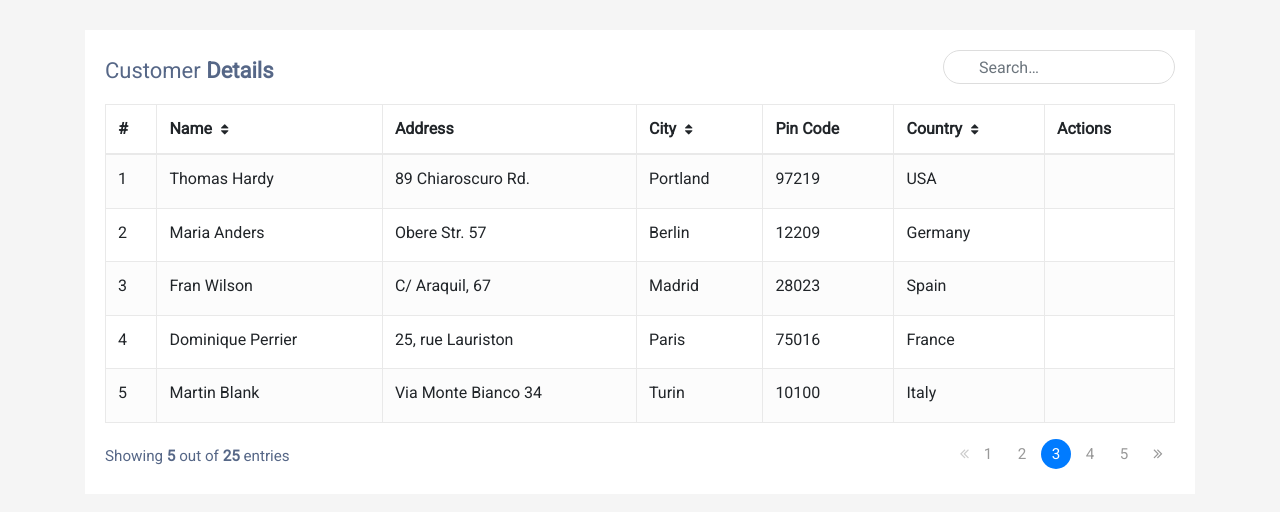
Repository: vontacto/AdsIIT3
Page: http://localhost/Vistas/ListadoMedicos
These files come from the project's save history. The page is drawn as it stood at one moment and after the next save; the edit follows.
The browser window is 1280 px wide. The pictures show the whole page.
The page is this project's Thymeleaf template; nobody is signed in. The template is opened directly, without the code that normally fills it, so the values that code supplies are empty.

Above is the page before, as saved 2025-02-20 02:19:47.

### LPII_T3_RiosBenitesMario/src/main/resources/templates/Vistas/ListadoMedicos.html
<!DOCTYPE html>
<html xmlns:th="thymeleaf.org">
<head>
<meta charset="utf-8">
<meta name="viewport" content="width=device-width, initial-scale=1, shrink-to-fit=no">
<title>Listado de Medicos</title>
<link rel="stylesheet" href="https://fonts.googleapis.com/css?family=Roboto">
<link rel="stylesheet" href="https://stackpath.bootstrapcdn.com/bootstrap/4.5.0/css/bootstrap.min.css">
<link rel="stylesheet" href="https://fonts.googleapis.com/icon?family=Material+Icons">
<link rel="stylesheet" href="https://maxcdn.bootstrapcdn.com/font-awesome/4.7.0/css/font-awesome.min.css">
<script src="https://code.jquery.com/jquery-3.5.1.min.js"></script>
<script src="https://cdn.jsdelivr.net/npm/popper.js@1.16.0/dist/umd/popper.min.js"></script>
<script src="https://stackpath.bootstrapcdn.com/bootstrap/4.5.0/js/bootstrap.min.js"></script>
<style>
body {
    color: #566787;
    background: #f5f5f5;
    font-family: 'Roboto', sans-serif;
}
.table-responsive {
    margin: 30px 0;
}
.table-wrapper {
    min-width: 1000px;
    background: #fff;
    padding: 20px;
    box-shadow: 0 1px 1px rgba(0,0,0,.05);
}
.table-title {
    padding-bottom: 10px;
    margin: 0 0 10px;
    min-width: 100%;
}
.table-title h2 {
    margin: 8px 0 0;
    font-size: 22px;
}
.search-box {
    position: relative;
    float: right;
}
.search-box input {
    height: 34px;
    border-radius: 20px;
    padding-left: 35px;
    border-color: #ddd;
    box-shadow: none;
}
.search-box input:focus {
    border-color: #3FBAE4;
}
.search-box i {
    color: #a0a5b1;
    position: absolute;
    font-size: 19px;
    top: 8px;
    left: 10px;
}
table.table tr th, table.table tr td {
    border-color: #e9e9e9;
}
table.table-striped tbody tr:nth-of-type(odd) {
    background-color: #fcfcfc;
}
table.table-striped.table-hover tbody tr:hover {
    background: #f5f5f5;
}
table.table th i {
    font-size: 13px;
    margin: 0 5px;
    cursor: pointer;
}
table.table td:last-child {
    width: 130px;
}
table.table td a {
    color: #a0a5b1;
    display: inline-block;
    margin: 0 5px;
}
table.table td a.view {
    color: #03A9F4;
}
table.table td a.edit {
    color: #FFC107;
}
table.table td a.delete {
    color: #E34724;
}
table.table td i {
    font-size: 19px;
}
.pagination {
    float: right;
    margin: 0 0 5px;
}
.pagination li a {
    border: none;
    font-size: 95%;
    width: 30px;
    height: 30px;
    color: #999;
    margin: 0 2px;
    line-height: 30px;
    border-radius: 30px !important;
    text-align: center;
    padding: 0;
}
.pagination li a:hover {
    color: #666;
}
.pagination li.active a {
    background: #03A9F4;
}
.pagination li.active a:hover {
    background: #0397d6;
}
.pagination li.disabled i {
    color: #ccc;
}
.pagination li i {
    font-size: 16px;
    padding-top: 6px
}
.hint-text {
    float: left;
    margin-top: 6px;
    font-size: 95%;
}
</style>
<script>
$(document).ready(function(){
	$('[data-toggle="tooltip"]').tooltip();
});
</script>
</head>
<body>
<div class="container-xl">
    <div class="table-responsive">
        <div class="table-wrapper">
            <div class="table-title">
                <div class="row">
                    <div class="col-sm-8"><h2>Customer <b>Details</b></h2></div>
                    <div class="col-sm-4">
                        <div class="search-box">
                            <i class="material-icons">&#xE8B6;</i>
                            <input type="text" class="form-control" placeholder="Search&hellip;">
                        </div>
                    </div>
                </div>
            </div>
            <table class="table table-striped table-hover table-bordered">
                <thead>
                    <tr>
                        <th>#</th>
                        <th>Name <i class="fa fa-sort"></i></th>
                        <th>Address</th>
                        <th>City <i class="fa fa-sort"></i></th>
                        <th>Pin Code</th>
                        <th>Country <i class="fa fa-sort"></i></th>
                        <th>Actions</th>
                    </tr>
                </thead>
                <tbody>
                    <tr>
                        <td>1</td>
                        <td>Thomas Hardy</td>
                        <td>89 Chiaroscuro Rd.</td>
                        <td>Portland</td>
                        <td>97219</td>
                        <td>USA</td>
                        <td>
                            <a href="#" class="view" title="View" data-toggle="tooltip"><i class="material-icons">&#xE417;</i></a>
                            <a href="#" class="edit" title="Edit" data-toggle="tooltip"><i class="material-icons">&#xE254;</i></a>
                            <a href="#" class="delete" title="Delete" data-toggle="tooltip"><i class="material-icons">&#xE872;</i></a>
                        </td>
                    </tr>
                    <tr>
                        <td>2</td>
                        <td>Maria Anders</td>
                        <td>Obere Str. 57</td>
                        <td>Berlin</td>
                        <td>12209</td>
                        <td>Germany</td>
                        <td>
                            <a href="#" class="view" title="View" data-toggle="tooltip"><i class="material-icons">&#xE417;</i></a>
                            <a href="#" class="edit" title="Edit" data-toggle="tooltip"><i class="material-icons">&#xE254;</i></a>
                            <a href="#" class="delete" title="Delete" data-toggle="tooltip"><i class="material-icons">&#xE872;</i></a>
                        </td>
                    </tr>
                    <tr>
                        <td>3</td>
                        <td>Fran Wilson</td>
                        <td>C/ Araquil, 67</td>
                        <td>Madrid</td>
                        <td>28023</td>
                        <td>Spain</td>
                        <td>
                            <a href="#" class="view" title="View" data-toggle="tooltip"><i class="material-icons">&#xE417;</i></a>
                            <a href="#" class="edit" title="Edit" data-toggle="tooltip"><i class="material-icons">&#xE254;</i></a>
                            <a href="#" class="delete" title="Delete" data-toggle="tooltip"><i class="material-icons">&#xE872;</i></a>
                        </td>
                    </tr>
                    <tr>
                        <td>4</td>
                        <td>Dominique Perrier</td>
                        <td>25, rue Lauriston</td>
                        <td>Paris</td>
                        <td>75016</td>
                        <td>France</td>
                        <td>
                            <a href="#" class="view" title="View" data-toggle="tooltip"><i class="material-icons">&#xE417;</i></a>
                            <a href="#" class="edit" title="Edit" data-toggle="tooltip"><i class="material-icons">&#xE254;</i></a>
                            <a href="#" class="delete" title="Delete" data-toggle="tooltip"><i class="material-icons">&#xE872;</i></a>
                        </td>
                    </tr>
                    <tr>
                        <td>5</td>
                        <td>Martin Blank</td>
                        <td>Via Monte Bianco 34</td>
                        <td>Turin</td>
                        <td>10100</td>
                        <td>Italy</td>
                        <td>
                            <a href="#" class="view" title="View" data-toggle="tooltip"><i class="material-icons">&#xE417;</i></a>
                            <a href="#" class="edit" title="Edit" data-toggle="tooltip"><i class="material-icons">&#xE254;</i></a>
                            <a href="#" class="delete" title="Delete" data-toggle="tooltip"><i class="material-icons">&#xE872;</i></a>
                        </td>
                    </tr>
                </tbody>
            </table>
            <div class="clearfix">
                <div class="hint-text">Showing <b>5</b> out of <b>25</b> entries</div>
                <ul class="pagination">
                    <li class="page-item disabled"><a href="#"><i class="fa fa-angle-double-left"></i></a></li>
                    <li class="page-item"><a href="#" class="page-link">1</a></li>
                    <li class="page-item"><a href="#" class="page-link">2</a></li>
                    <li class="page-item active"><a href="#" class="page-link">3</a></li>
                    <li class="page-item"><a href="#" class="page-link">4</a></li>
                    <li class="page-item"><a href="#" class="page-link">5</a></li>
                    <li class="page-item"><a href="#" class="page-link"><i class="fa fa-angle-double-right"></i></a></li>
                </ul>
            </div>
        </div>
    </div>
</div>
</body>
</html>

After the next save:
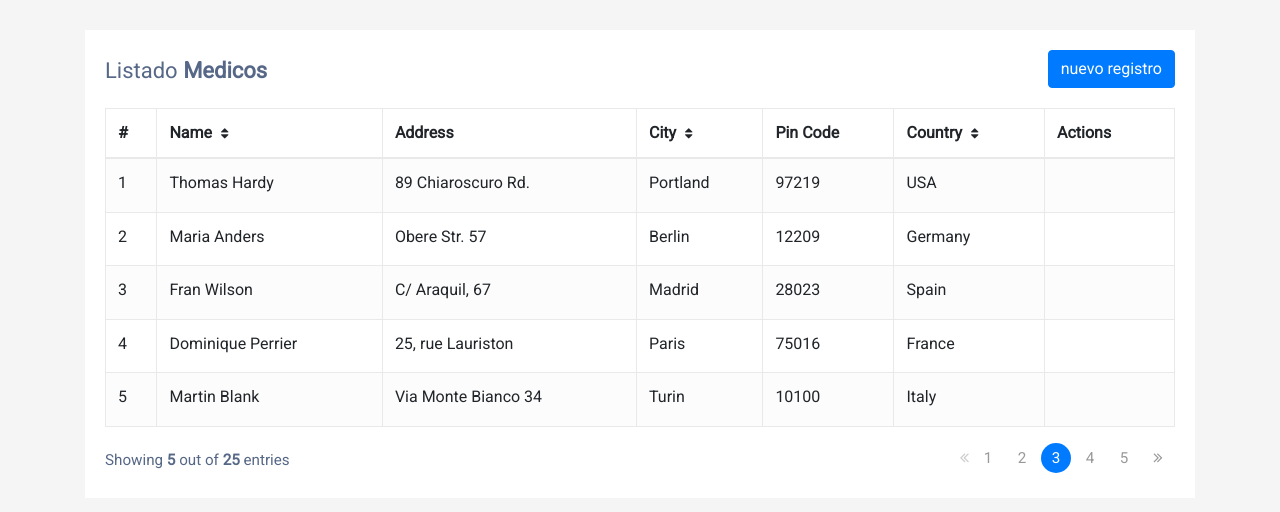
Saved 6 min 54 s later.
--- a/LPII_T3_RiosBenitesMario/src/main/resources/templates/Vistas/ListadoMedicos.html
+++ b/LPII_T3_RiosBenitesMario/src/main/resources/templates/Vistas/ListadoMedicos.html
@@ -140,11 +140,12 @@ $(document).ready(function(){
         <div class="table-wrapper">
             <div class="table-title">
                 <div class="row">
-                    <div class="col-sm-8"><h2>Customer <b>Details</b></h2></div>
+                    <div class="col-sm-8"><h2>Listado <b>Medicos</b></h2></div>
                     <div class="col-sm-4">
-                        <div class="search-box">
-                            <i class="material-icons">&#xE8B6;</i>
-                            <input type="text" class="form-control" placeholder="Search&hellip;">
+                        <div class="d-grid gap-2 d-md-flex justify-content-md-end">
+							<a th:href="@{RegistrarMedico}" th:text="'nuevo registro'"
+
+									title="crear un nuevo registro" class="btn btn-primary"></a>
                         </div>
                     </div>
                 </div>
